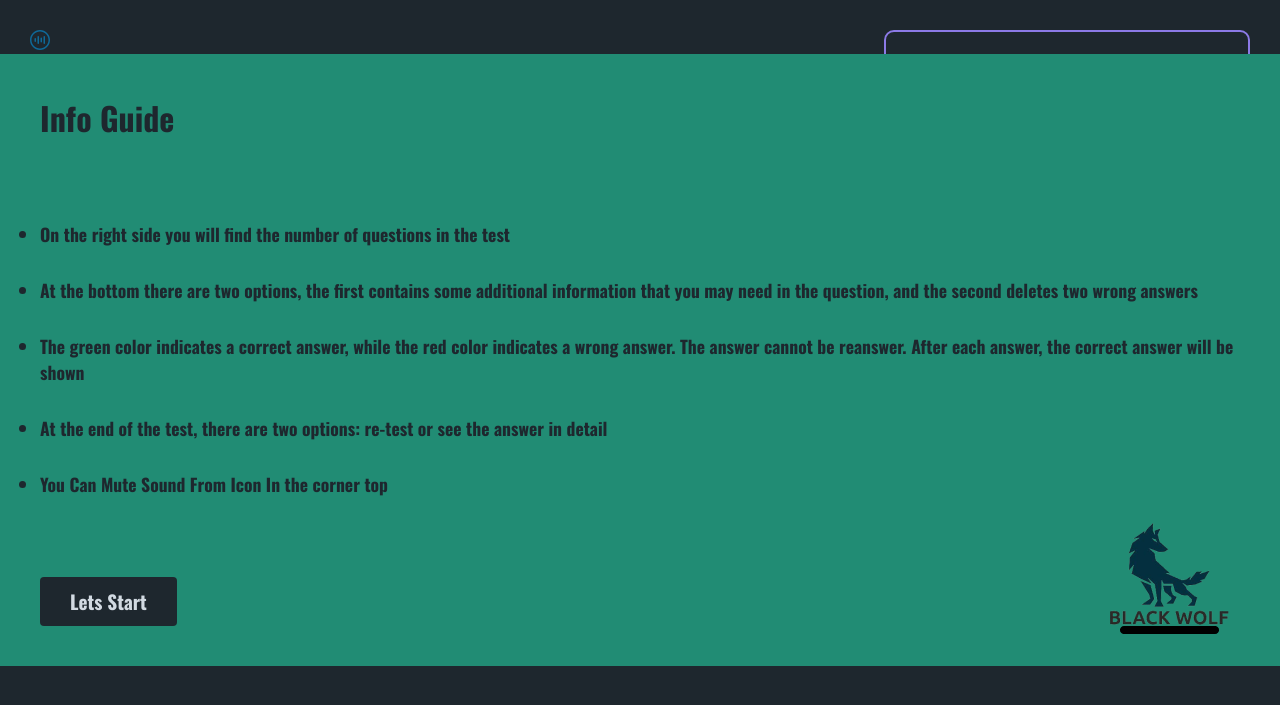
Repository: abdelrahmanahmed20021/Quiz-Platform
Page: index.html
The author's editor kept a copy of each file at every save. The page is drawn from the files as they stood at one save, then again after the next save.
The browser window is 1280 px wide. The pictures show the whole page.

Above is the page before, as saved 2023-01-12 02:14:35.
Console error: TypeError: Cannot read properties of null (reading 'addEventListener')

### index.html
<!DOCTYPE html>
<html lang="en">

    <head>
        <!-- ======== Meta =========== -->
        <meta charset="UTF-8">
        <meta http-equiv="X-UA-Compatible" content="IE=edge">
        <meta name="viewport" content="width=device-width, initial-scale=1.0">
        <title>Question || Platform</title>
        <!-- ======== Links =========== -->
        <link rel="stylesheet" href="./styles/index.css">
        <link rel="stylesheet" href="./styles/responsive.css">
        <link rel="shortcut icon" href="./assets/Logo.jpg" type="image/x-icon">
        <!-- ======== Links =========== -->
    </head>

    <body>
        <div class="black-wolf">
            <div class="black-container">
            <div class="logo"><img src="./assets/Logo.png" alt=""></div>
                <h1>Info Guide</h1>
                <ul>
                    <li>On the right side you will find the number of questions in the test</li>
                    <li>At the bottom there are two options, the first contains some additional information that you may need in the question, and the second deletes two wrong answers</li>
                    <li>The green color indicates a correct answer, while the red color indicates a wrong answer. The answer cannot be reanswer. After each answer, the correct answer will be shown</li>
                    <li>At the end of the test, there are two options: re-test or see the answer in detail</li>
                    <li>You Can Mute Sound From Icon In the corner top</li>
                </ul>
                <button class="black-btn">Lets Start</button>
            </div>
        </div>
        <div id="poper_img" class="hide_poper">
            <img class="src_quesion_img" src="" alt="">
            <span class="poper_deleter">X</span>
            <h1></h1>
        </div>
        <section>
            <div class="audio_cotroll">
                <audio src="./assets/1.mp3" class="audio"></audio>
                <img src="./assets/play.svg" alt="">
                <img src="./assets/stop.svg" class="active" alt="">
            </div>
            <div class="container_1">
                <div class="start_btn flex">
                    <button class="description description_hidde">See Explanation</button>
                    <button id="start_quest" class="hover">Start</button>
                </div>
                <span class="quest_index border"></span>
                <div class="quest_content">
                    <div class="quset_cont flex border"></div>
                    <div class="box flex">
                        <div class="answers flex">
                            <span class="answer border hover" answer='a'></span>
                            <span class="answer border hover" answer='b'></span>
                            <span class="answer border hover" answer='c'></span>
                            <span class="answer border hover" answer='d'></span>
                        </div>
                    </div>
                </div>
            </div>

            <div class="container_2">
                <div class="quest_index_num border flex"></div>
                <div class="icons_helper flex">
                    <div class="remove_2 border flex hover">0.5</div>
                    <div class="google border poper_appender hover flex">Info</div>
                </div>
            </div>
        </section>
        <script type="module" src="./script/index.js"></script>
    </body>

</html>

### styles/index.css
/* ========= Import || Font ||  ========= */
@import url('https://fonts.googleapis.com/css2?family=Oswald:wght@200;300;400;500;600;700&display=swap');
/* ========= Import || Font ||  ========= */




/* ========= Set || Variables ||  ========= */
:root {
    --mainColor: #1e272e;
    --primaryColor: #d2dae2;
    --lightColor: #8c7ae6;
    --greenColor: #218c74;
    --redColor: #b33939;
    --mainFont: 'Oswald', sans-serif;
    --mainPadding: 40px;
    --primaryPadding: 20px;
    --mainFontSize: 1.2rem;
    --primaryFontSize: .72rem;
    --mainFontWigth: 500;
    --primaryFontWigth: 700;
}

/* ========= Set || Variables ||  ========= */




/* ========= Golbal || Styles ||  ========= */
*>*,
*::after,
*::before {
    padding: 0;
    margin: 0;
    box-sizing: border-box;
    transition: all .5s ease-in-out;
    user-select: none;
    user-zoom: none;
    -webkit-user-drag: none;
}

body {
    background-color: var(--mainColor);
    font-family: var(--mainFont);
}

.flex {
    display: flex;
    align-items: center;
    justify-content: center;
}

.box {
    height: 50%;
}

.border {
    border: 2px solid var(--lightColor);
    border-radius: 10px;
}

.hover:hover {
    background-color: var(--lightColor) !important;
    color: var(--primaryColor) !important;
}

.hover_min_width:active {
    background-color: var(--lightColor) !important;
    color: var(--primaryColor) !important;
}

::-webkit-scrollbar {
    width: 5px;
}

::-webkit-scrollbar-thumb {
    background-color: var(--greenColor);
    border-radius: 10px;
}

/* ========= Golbal || Styles ||  ========= */



/* ========= Main || ElE || Styles ||  ========= */
body>section {
    display: flex;
    height: 100vh;
    padding: 30px;
}

body>section .container_1 {
    width: 70%;
    height: 100%;
}

body>section .container_2 {
    width: 30%;
    height: 100%;
    overflow: hidden;
}

body>section .container_1 .start_btn {
    height: 35%;
    gap: 30px;
}

/* ========= Main || ElE || Styles ||  ========= */

/* ========= Audio || Styles ||  ========= */

body>section>.audio_cotroll {
    position: relative;
}

body>section>.audio_cotroll img {
    top: 0;
    left: 0;
    cursor: pointer;
    position: absolute;
    width: 0;
    height: 0;
    opacity: 0;
}

body>section>.audio_cotroll .active {
    opacity: 1;
    z-index: 100;
    width: auto;
    height: auto;
}

/* ========= Audio || Styles ||  ========= */


/* ========= Container || One || Styles ||  ========= */
body>section .container_1 .start_btn button {
    padding: var(--primaryPadding);
    width: 200px;
    border: 0;
    outline: 0;
    border-radius: 10px;
    font-size: var(--mainFontSize);
    background-color: var(--primaryColor);
    color: var(--lightColor);
    cursor: pointer;
    font-weight: var(--mainFontWigth);
}
body>section .container_1 .start_btn button:hover{
    background-color: var(--lightColor);
    color: var(--mainColor);
}
body>section .container_1 .quest_content {
    height: 65%;
    padding: var(--mainPadding) var(--primaryPadding);
}

body>section .container_1 .quest_content .quset_cont {
    position: relative;
    height: 50%;
    font-size: var(--mainFontSize);
    color: var(--lightColor);
    background-color: transparent;
    padding: 90px;
}
body > #poper_img{
    background-color: #d2dae2af;
    backdrop-filter: blur(10px);
    position: fixed;
    top: 0;
    bottom: 0;
    left: 0;
    right: 0;
    z-index: 1000;
    display: flex;
    justify-content: center;
    align-items: center;
}

@media screen and (max-width:675px){
    body > #poper_img img{
        width: 85%;
    }
}

@media screen and (min-width:676px) and (max-width:976px){
    body > #poper_img img{
        width: 90%;
    }
}
body > #poper_img span{
    position: absolute;
    top: 20px;
    left: 20px;
    font-size: 2rem;
    cursor: pointer;
    font-weight: bold;
    font-family: sans-serif;
    color: #1e272e;
}
body>section .container_1 .quest_index {
    padding: 2px 10px;
    font-size: 16px;
    color: var(--lightColor);
}

body>section .container_1 .quest_content .answers {
    width: 100%;
    justify-content: center;
    flex-wrap: wrap;
}

body>section .container_1 .quest_content .answers span {
    width: 46%;
    margin: 5px;
    min-height: 40px;
    text-align: center;
    padding: 5px 0;
    cursor: pointer;
    color: var(--lightColor);
}


/* ========= Container || One || Styles ||  ========= */




/* ========= Container || Two || Styles ||  ========= */
body>section .container_2 .quest_index_num {
    justify-content: space-between;
    flex-direction: column-reverse;
    min-height: 68%;
    max-height: 68%;
    padding-bottom: 400px;
    margin-bottom: 30px;
    overflow: auto;
}


body>section .container_2 .quest_index_num p {
    display: block;
    width: 100%;
    text-align: center;
    color: var(--primaryColor);
    padding: 15px;
}

body>section .container_2 .quest_index_num .correct_answer {
    background-color: transparent !important;
    color: var(--greenColor) !important;
}

body>section .container_2 .quest_index_num .falsey_answer {
    background-color: transparent !important;
    color: var(--primaryColor) !important;
}

body>section .container_2 .icons_helper {
    justify-content: space-evenly;
    height: 20%;
}

body>section .container_2 .icons_helper .remove_2 {
    width: 80px;
    height: 80px;
    cursor: pointer;
    color: var(--lightColor);
}

body>section .container_2 .icons_helper .google {
    cursor: pointer;
    width: 80px;
    height: 80px;
}

/* ========= Container || Two || Styles ||  ========= */

/* ========= Actives || Class || Styles ||  ========= */
.active_point_quest {
    color: var(--lightColor) !important;
    font-weight: var(--primaryFontWigth);
    font-size: var(--mainFontSize);
}

.falsey_answer {
    background-color: var(--redColor) !important;
    color: var(--lightColor) !important;
}
.falsey_answer_p{
    color: red !important;
}
.correct_answer {
    background-color: var(--greenColor) !important;
    color: var(--lightColor) !important;
}

.hidde_animate_btn {
    transform: scale(0);
    width: 0;
}
.poper_appender{
    color: var(--lightColor);
}
.hide_poper{
    display: none !important;
}
.description_hidde{
    display: none;
}
.black-wolf{
    position: absolute;
    z-index: 1000;
    width: 100%;
    height: 100%;
    color: var(--mainColor);
    display: flex;
    justify-content: center;
    align-items: center;
}
.black-wolf ul li{
    margin: 30px 0;
    font-size: 1.1rem;
    font-weight: bold;
}
.black-container{
    display: flex;
    justify-content: center;
    align-items: flex-start;
    flex-direction: column;
    padding: 40px;
    gap: 50px;
    background-color: #218c74;
    overflow: auto;
    position: relative;
}
.black-wolf button{
    padding: 10px 30px;
    border: 0;
    outline: 0;
    background-color: var(--mainColor);
    font-weight:bold ;
    color: var(--primaryColor);
    font-size: 1.2rem;
    border-radius: 4px;
    cursor: pointer;
    font-family: var(--mainFont);
}
.black-wolf button:hover{
    background-color: #8c7ae6;
    color: #1e272e;
}
.logo{
    position: absolute;
    bottom: 0px;
    right: 0px;
    cursor: pointer;

}
/* ========= Actives || Class || Styles ||  ========= */

### styles/responsive.css
/* ===========  Tablets || Sizes  =============== */
/* =============== Sm ================ */
@media screen and (min-width:360px) and (max-width:960px) {
    :root {
        --mainPadding: 20px;
        --primaryPadding: 10px;
        --mainFontSize: 1rem;
        --mainFontWigth: 400;
        --primaryFontWigth: 500;
    }

    body>section {
        flex-direction: column;
        padding: 20px 10px;
    }

    body>section .container_1 {
        width: 100%;
        height: 70%;

    }

    body>section .container_1 .start_btn {
        height: 20%;
    }

    body>section .container_2 {
        width: 100%;
        height: 30%;
    }

    body>section .container_2 .quest_index_num {
        min-height: 58%;
        max-height: 58%;
        padding-bottom: 0;
        padding-left: 400px;
    }

    body>section .container_2 .icons_helper {
        justify-content: space-between;
    }

    body>section .container_1 .quest_content .quset_cont {
        padding: 40px;
    }

    body>section .container_1 .quest_content .answers span {
        font-size: var(--primaryFontSize);
        font-weight: var(--primaryFontWigth);
    }

    body>section .container_2 .icons_helper .remove_2 {
        width: 60px;
        height: 60px;
    }

    body>section .container_2 .icons_helper .google {
        width: 60px;
        height: 60px;
    }

}

/* =============== Sm ================ */
/* ===========  Tablets || Sizes  =============== */

### script/index.js
import { data } from './../auth/data.js';
//============= Set || Nodes || ==================>
const audio = document.querySelector('.audio');
const start_quest = document.querySelector('#start_quest');
const quset_cont = document.querySelector('.quset_cont');
const quest_index = document.querySelector('.quest_index');
const answer = document.querySelector('.answers');
const quest_index_num = document.querySelector('.quest_index_num');
const remove_2 = document.querySelector('.remove_2');
const google = document.querySelector('.google');
const answers = document.querySelectorAll('.answer');
const audio_cotroll_img = document.querySelectorAll('.audio_cotroll img');
const description = document.querySelector(".description");
const src_quesion_img = document.querySelector(".src_quesion_img");
const poper_img = document.querySelector("#poper_img");
const poper_img_head = document.querySelector("#poper_img h1");
const poper_deleter = document.querySelector(".poper_deleter");
const black_btn = document.querySelector(".black-btn");
const poper_appender = document.querySelector(".poper_appender");
const black_wolf = document.querySelector(".black-wolf");
const quest_index_answer = document.querySelector(".quest_index_answer");
const sec_screen = document.querySelector(".sec_screen");
const full_screen = document.querySelector(".full_screen");
let start = 0;
let answer_data;
let right_answers = 0;
let unRight_answers = 0;
//============= Set || Nodes || ==================>
//======= Set || classes || =======>
class DrawUi {
    constructor(data, index) {
        this.data = data;
        this.index = index;
        this.state = true;
    }
    //======= Draw || All ||  Content || Ui =======>
    draw() {
        if (this.data != undefined && this.index != undefined) {
            this.stop_Quiz(this.data);
            if (this.state) {
                this.draw_Quest(this.data);
                this.draw_Quest_line(this.data);
            }
        }
        else {
            console.warn('please Enter data src and index of start');
        }
    }
    //======= Draw || All ||  Content || Ui =======>
    //======= Draw || Questions || Answers =======>
    draw_Quest(values) {
        let recust = ['a', 'b', 'c', 'd'];
        quset_cont.innerHTML = `<p>${values[this.index].quest}</p>`;
        src_quesion_img.src = `${values[this.index].img}`;
        if (values[this.index].img != "") {
            poper_img_head.innerText = "";
        }
        else {
            poper_img_head.innerText = "No Image At This Question";
        }
        answers.forEach((ele, index) => {
            ele.innerText = values[this.index][recust[index]];
        });
        quest_index.innerText = `Question : ${this.index + 1}`;
        quest_index_answer.innerText = `SCORE : ${right_answers} / ${values.length}`;
    }
    //======= Draw || Questions || Answers =======>
    //======= Draw || Questions || Lines =======>
    draw_Quest_line(values) {
        const quest_index_num_elements = quest_index_num.children;
        if (quest_index_num_elements.length == 0) {
            values.forEach((ele, index) => {
                quest_index_num.innerHTML += `<p>Q.${index + 1}</p>`;
            });
        }
        Array.from(quest_index_num_elements).forEach(ele => {
            ele.classList.remove('active_point_quest');
        });
        quest_index_num_elements[this.index].classList.add('active_point_quest');
    }
    //======= Draw || Questions || Lines =======>
    //======= Check || Index || Stop "Quiz" =======>
    stop_Quiz(values) {
        if (this.index > values.length - 1) {
            this.state = false;
        }
    }
}
class Checker {
    constructor() {
        this.darwer = new DrawUi(data, start);
        this.quest_index_num = quest_index_num.children;
    }
    //======= Check || All ||  Content || Answers =======>
    main_checker(ele) {
        this.answer_check(this.darwer.data);
        this.line_check(this.darwer.data, ele);
        this.Repeat(this.darwer.data);
    }
    //======= Check || All ||  Content || Answers =======>
    //======= Set|| All ||  Content || Answers =======>
    set_answers(data, state, statement) {
        if (state) {
            answers.forEach(ele => {
                if (ele.getAttribute('answer') != data[this.darwer.index].answer) {
                    ele.classList.add('falsey_answer');
                }
                else {
                    ele.classList.add('correct_answer');
                }
                if (statement) {
                    setTimeout(() => {
                        ele.classList.remove('falsey_answer');
                        ele.classList.remove('correct_answer');
                    }, 1200);
                }
            });
        }
    }
    //======= Set|| All ||  Content || Answers =======>
    //======= Set || All ||  Styles || Answers =======>
    answer_check(data) {
        if (this.darwer.index < data.length && this.darwer.index != data.length - 1) {
            this.set_answers(data, true, true);
        }
        else {
            this.set_answers(data, true, false);
        }
        setTimeout(() => {
            this.darwer.draw();
        }, 1200);
    }
    //======= Set || All ||  Styles || Answers =======>
    //======= Set || All ||  Styles || Answers || Lines =======>
    line_check(data, ele) {
        if (this.darwer.index < data.length) {
            if (ele.getAttribute('answer') == data[this.darwer.index].answer) {
                this.quest_index_num[this.darwer.index].classList.add('correct_answer');
                this.darwer.index++;
                right_answers++;
            }
            else {
                this.quest_index_num[this.darwer.index].classList.add('falsey_answer_p');
                this.darwer.index++;
                unRight_answers++;
            }
        }
    }
    //======= Set || All ||  Styles || Answers || Lines =======>
    //======= Reapet_Quiz || =======>
    Repeat(data) {
        if (this.darwer.index == data.length) {
            start_quest.classList.remove('hidde_animate_btn');
            description === null || description === void 0 ? void 0 : description.classList.remove("description_hidde");
            start_quest.innerText = 'Repeat';
            start_quest.addEventListener('click', () => {
                location.reload();
            });
        }
    }
}
class Delet {
    constructor(ele, data, index) {
        this.ele = ele;
        this.data = data;
        this.index = index;
    }
    swper() {
        if (this.ele.innerText == '0.5') {
            this.get_data();
        }
        else {
            window.open('https://google.com/');
        }
    }
    get_data() {
        this.delete(data);
    }
    delete(data) {
        if (quset_cont.innerText != '') {
            let falsey_data = [];
            Array.from(answers).filter((ele, index) => {
                if (ele.getAttribute('answer') != data[this.index].answer) {
                    falsey_data.push(index);
                }
            });
            answers[falsey_data[0]].innerText = '';
            answers[falsey_data[1]].innerText = '';
        }
    }
}
//======= Set || classes || =======>
//======= Start || Quiz || App =======>
start_quest.addEventListener('click', start_app);
function start_app(e) {
    if (sec_screen.requestFullscreen) {
        sec_screen.requestFullscreen();
        full_screen.innerText = "Close the full page Mode";
    }
    //======= Audio || Controls =======>
    audio.play();
    audio_cotroll_img[1].classList.remove('active');
    audio_cotroll_img[0].classList.add('active');
    //======= Audio || Controls =======>
    //======= Draw || Ui || Class =======>
    const play = new DrawUi(data, start);
    play.draw();
    //======= Draw || Ui || Class =======>
    //======= Checker || In || Chossen =======>
    const chek = new Checker();
    answers.forEach(ele => {
        ele.addEventListener('click', (e) => {
            chek.main_checker(e.target);
            quest_index_num.scrollTop = -45 * (unRight_answers + right_answers);
        });
    });
    //======= Checker || In || Chossen =======>
    //======= Delet || Button || And Event =======>
    e.target.classList.add("hidde_animate_btn");
    e.target.removeEventListener('click', start_app);
    //======= Delet || Button || And Event =======>
    //======= Remove || Two || Answers =======>
    remove_2.addEventListener("click", (e) => {
        const deleter = new Delet(e.target, chek.darwer.data, chek.darwer.index);
        deleter.swper();
    });
    //======= Remove || Two || Answers =======>
    //===== Simple || Animate ========>
    quest_index_num.style.padding = '0';
}
//======= Start || Quiz || App =======>
//======= Audio || Controller || App =======>
audio_cotroll_img.forEach(ele => {
    ele.addEventListener('click', () => {
        if (audio.paused) {
            audio_cotroll_img[1].classList.remove('active');
            audio_cotroll_img[0].classList.add('active');
            audio.play();
        }
        else if (!audio.paused) {
            audio_cotroll_img[1].classList.add('active');
            audio_cotroll_img[0].classList.remove('active');
            audio.pause();
        }
    });
});
//======= Audio || Controller || App =======>
//========= Handel  || Hover  || Effect  || in  || Small  || Deveices ||  ============>
window.addEventListener('resize', () => {
    if (window.innerWidth < 961) {
        const hover = document.querySelectorAll('.hover');
        hover.forEach(ele => {
            ele.classList.add('hover_2');
            ele.classList.remove('hover');
        });
        console.warn('resized to small delet hover');
    }
    else {
        const hover_2 = document.querySelectorAll('.hover_2');
        hover_2.forEach(ele => {
            ele.classList.add('hover');
            ele.classList.remove('hover_2');
        });
        console.warn('resized to Big add hover');
    }
});
//========= Handel  || Hover  || Effect  || in  || Small  || Deveices ||  ============>
poper_deleter === null || poper_deleter === void 0 ? void 0 : poper_deleter.addEventListener("click", () => {
    poper_img.classList.add("hide_poper");
    if (sec_screen.requestFullscreen) {
        sec_screen.requestFullscreen();
    }
});
poper_appender === null || poper_appender === void 0 ? void 0 : poper_appender.addEventListener("click", () => {
    poper_img.classList.remove("hide_poper");
    // if(document.exitFullscreen) {
    //     document.exitFullscreen();
    //   }
});
description === null || description === void 0 ? void 0 : description.addEventListener("click", () => {
    window.location.href = "info.html";
});
black_btn.addEventListener("click", () => {
    black_wolf.style.display = "none";
});
full_screen.addEventListener("click", () => {
    if (full_screen.innerText == "Close the full page Mode") {
        if (document.exitFullscreen) {
            document.exitFullscreen();
            full_screen.innerText = "Active the full page Mode";
        }
    }
    else {
        if (sec_screen.requestFullscreen) {
            sec_screen.requestFullscreen();
            full_screen.innerText = "Close the full page Mode";
        }
    }
});

Loaded but not shown: auth/data.js (318 lines, source omitted)

After the next save:
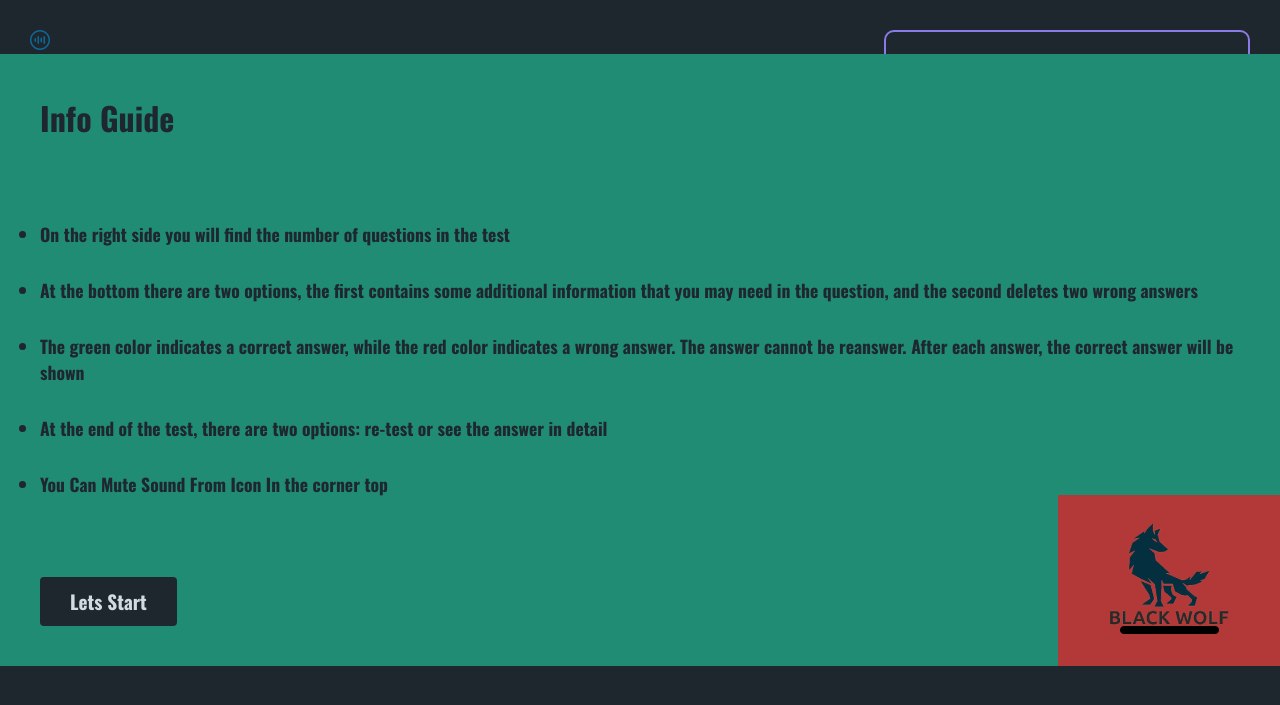
Saved 16 s later.
--- a/styles/index.css
+++ b/styles/index.css
@@ -354,6 +354,7 @@ body>section .container_2 .icons_helper .google {
     position: absolute;
     bottom: 0px;
     right: 0px;
+    background-color: #b33939;
     cursor: pointer;
 
 }
